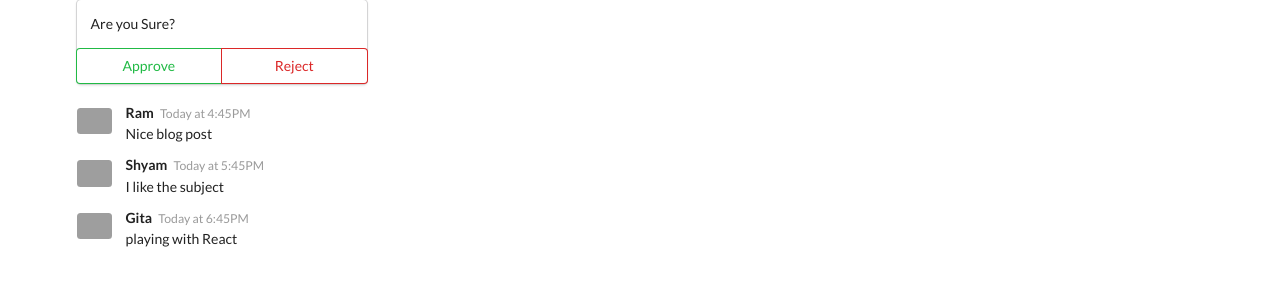
Repository: striver-69/Comments-App
Page: /
The author's editor kept a copy of each file at every save. The page is drawn from the files as they stood at one save, then again after the next save.
The browser window is 1280 px wide. The pictures show the whole page.
Pictures or frames that could not be fetched are drawn as grey boxes. The project was rebuilt for these pictures with package versions that can differ from the ones it lists, and the page was loaded fresh each time.

Above is the page before, as saved 2021-03-02 04:56:45.

After the next save:
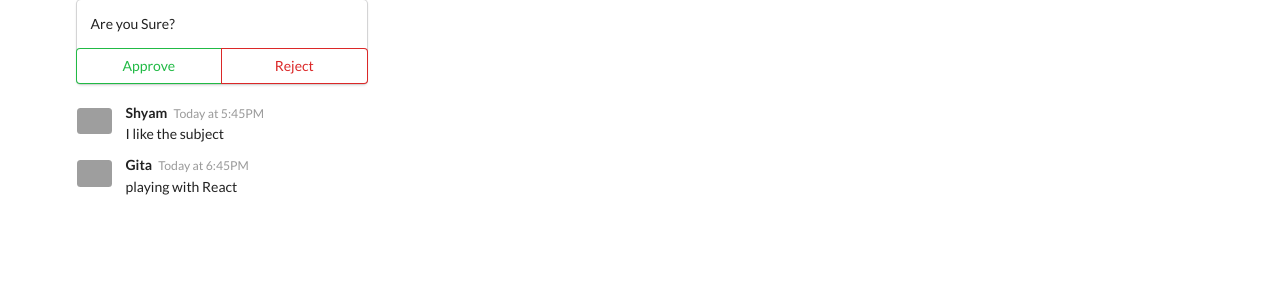
Saved 1 s later.
--- a/src/index.js
+++ b/src/index.js
@@ -6,8 +6,9 @@ import ApprovalCard from './ApprovalCard'
 const App=()=>{
   return (
     <div className="ui container comments">
-      <ApprovalCard/>
-      <CommentDetail author="Ram" timeAgo="Today at 4:45PM" content="Nice blog post" />
+      <ApprovalCard>
+        <CommentDetail author="Ram" timeAgo="Today at 4:45PM" content="Nice blog post" />
+      </ApprovalCard>
       <CommentDetail author="Shyam" timeAgo="Today at 5:45PM" content="I like the subject" />
       <CommentDetail author="Gita" timeAgo="Today at 6:45PM" content="playing with React" />
     </div>
